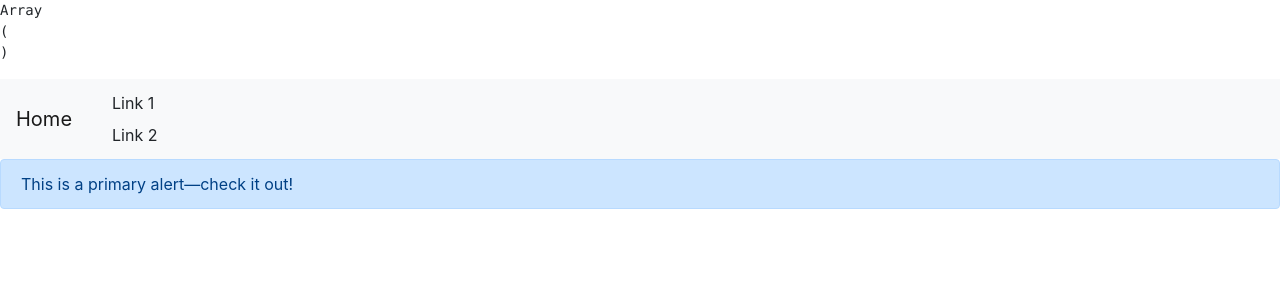
Repository: mahoone/revising_php
Page: http://localhost/public/index.php?v=categories
An editor plug-in stored every save of this project. The page is shown before and after the next save, followed by the edit.
The browser window is 1280 px wide. The pictures show the whole page.
The page is run by PHP 8.4 with error messages shown; the project is at /var/www/html/.

Above is the page before, as saved 2020-06-14 18:13:39.

### public/index.php
<!DOCTYPE html>
<html lang="en">
<head>
    <meta charset="UTF-8">
    <meta name="viewport" content="width=device-width, initial-scale=1.0">
    <title>Home</title>
    <link rel="stylesheet" href="https://stackpath.bootstrapcdn.com/bootstrap/4.5.0/css/bootstrap.min.css" integrity="sha384-9aIt2nRpC12Uk9gS9baDl411NQApFmC26EwAOH8WgZl5MYYxFfc+NcPb1dKGj7Sk" crossorigin="anonymous">
</head>
<body>

<?php
include('../utils/utils.php');
include('../modules/nav.php');
?>

<div class="alert alert-primary" role="alert">
  This is a primary alert—check it out!
</div>

<script src="https://code.jquery.com/jquery-3.5.1.slim.min.js" integrity="sha384-DfXdz2htPH0lsSSs5nCTpuj/zy4C+OGpamoFVy38MVBnE+IbbVYUew+OrCXaRkfj" crossorigin="anonymous"></script>
<script src="https://cdn.jsdelivr.net/npm/popper.js@1.16.0/dist/umd/popper.min.js" integrity="sha384-Q6E9RHvbIyZFJoft+2mJbHaEWldlvI9IOYy5n3zV9zzTtmI3UksdQRVvoxMfooAo" crossorigin="anonymous"></script>
<script src="https://stackpath.bootstrapcdn.com/bootstrap/4.5.0/js/bootstrap.min.js" integrity="sha384-OgVRvuATP1z7JjHLkuOU7Xw704+h835Lr+6QL9UvYjZE3Ipu6Tp75j7Bh/kR0JKI" crossorigin="anonymous"></script>
</body>
</html>

### utils/utils.php
<?php

session_start();

function visit_counter() {
    if(!isset($_SESSION['counter'])) {
        $_SESSION['counter'] = 0;
    }

    $_SESSION['counter']++;
    echo "To twoja ".$_SESSION['counter'].'wizyta';
}


dumb($_SESSION);

function dumb($var)
{
    echo '<pre>';
    print_r($var);
    echo '</pre>';
}

if(array_key_exists('v', $_GET))
{
    $module = $_GET['v'];
}else
{
    $module = 'categories';
}

$moduleDir = '../modules/'. $module. '.php';

if(file_exists($moduleDir)) {
    require($moduleDir);
} else {
    header("HTTP/1.1 404 Not Found");
}

### modules/nav.php
<nav class="navbar navbar-expand-lg navbar-light bg-light">
  <a class="navbar-brand" href="#">Home</a>
  <button class="navbar-toggler" type="button" data-toggle="collapse" data-target="#navbarSupportedContent" aria-controls="navbarSupportedContent" aria-expanded="false" aria-label="Toggle navigation">
    <span class="navbar-toggler-icon"></span>
  </button>

  <div class="collapse navbar-collapse" id="navbarSupportedContent">
    <ul class="navbar-nav mr-auto">
      <li class="nav-item active">
            <a class="dropdown-item" href="index.php?v=categories">Link 1</a>
            <a class="dropdown-item" href="index.php?v=posts">Link 2</a>
      </li>
    </ul>
  </div>
</nav>

Loaded but not shown: modules/categories.php (no stored copy; drawn as an empty file)

After the next save:
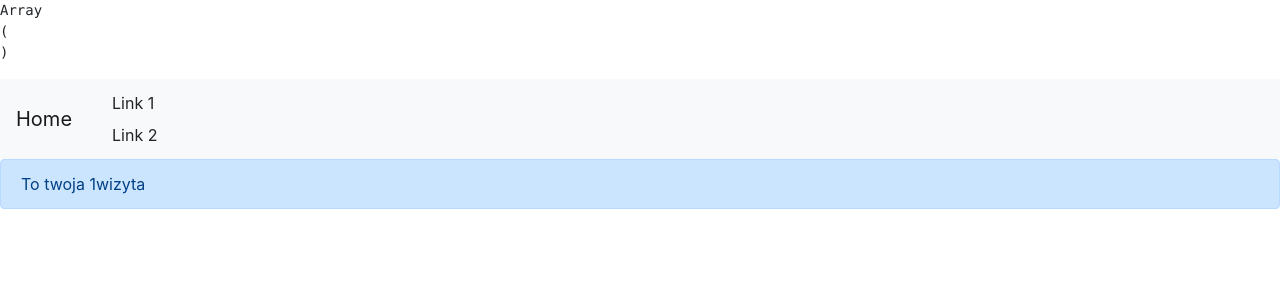
Saved 67 s later.
--- a/public/index.php
+++ b/public/index.php
@@ -13,8 +13,9 @@ include('../utils/utils.php');
 include('../modules/nav.php');
 ?>
 
+
 <div class="alert alert-primary" role="alert">
-  This is a primary alert—check it out!
+  <?php visit_counter() ?>
 </div>
 
 <script src="https://code.jquery.com/jquery-3.5.1.slim.min.js" integrity="sha384-DfXdz2htPH0lsSSs5nCTpuj/zy4C+OGpamoFVy38MVBnE+IbbVYUew+OrCXaRkfj" crossorigin="anonymous"></script>
